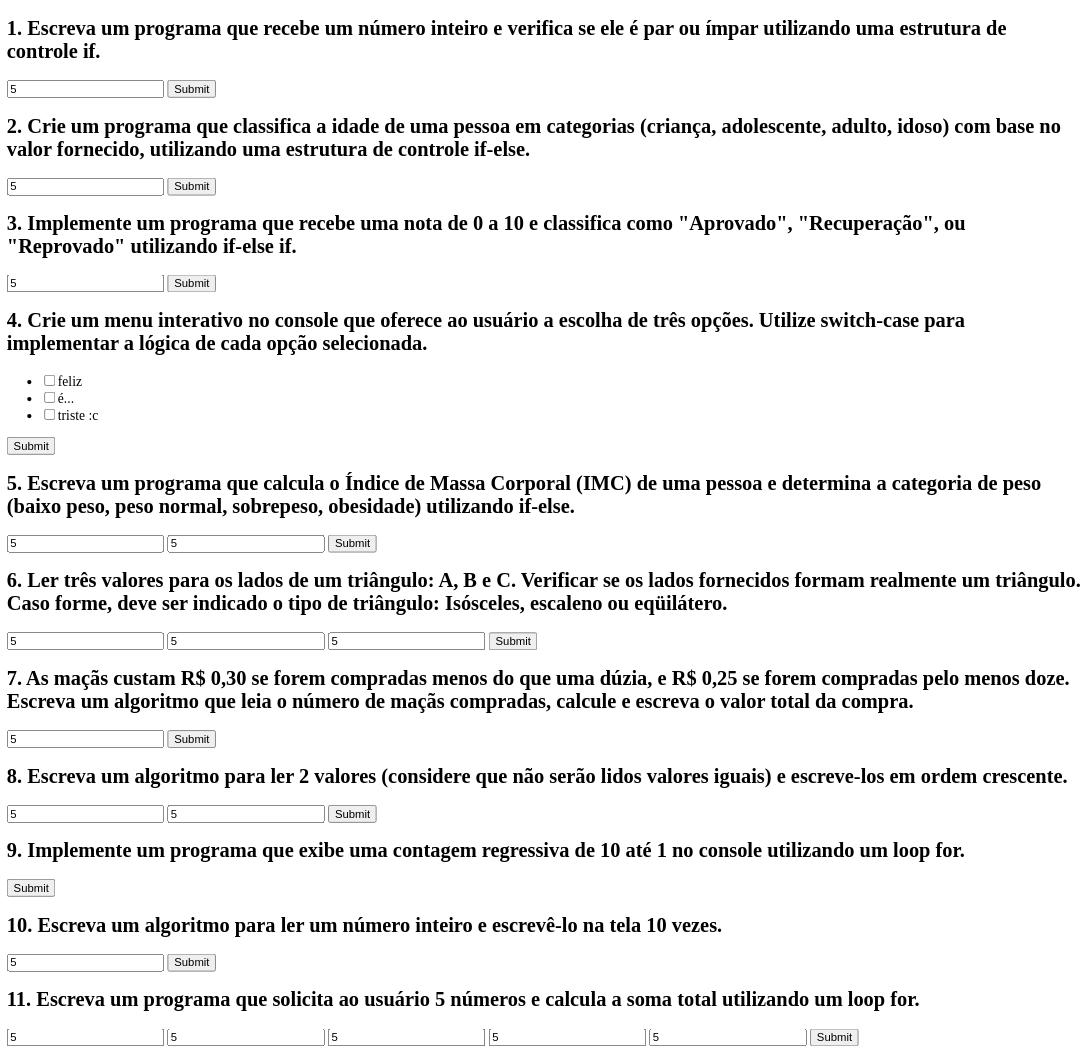
Repository: chidekina/prati-logica
Page: index.html
An editor plug-in stored every save of this project. The page is shown before and after a run of saves, followed by the edit.
The browser window is 1280 px wide. The pictures show the whole page, at 85% of full size.
Empty fields were first filled with sample values (such as "Sample", 5 or name@example.com).
After loading, the first visible `input[onclick="somarNumeros()"]` was clicked once.

Above is the page before, as saved 2025-05-03 10:43:50.

### index.html
<!DOCTYPE html>
<html lang="en">
  <head>
    <meta charset="UTF-8" />
    <meta name="viewport" content="width=device-width, initial-scale=1.0" />
    <title>+prati - Lista de Exercicios 1</title>
  </head>
  <body>
    <main>
      <div>
        <h2>1. Escreva um programa que recebe um número inteiro e verifica se ele é par ou ímpar utilizando uma estrutura de controle if.</h2>
        <div>
          <input id="task1" type="number" placeholder="Digite um numero" />
          <input type="submit" onclick="parOuImpar()" />
        </div>
        <h3 id="answer1"></h3>
      </div>
      <div>
        <h2>2. Crie um programa que classifica a idade de uma pessoa em categorias (criança, adolescente, adulto, idoso) com base no valor fornecido, utilizando uma estrutura de controle if-else.</h2>
        <div>
          <input id="task2" type="number" placeholder="Digite sua idade" />
          <input type="submit" onclick="classificacaoEtaria()" />
        </div>
        <h3 id="answer2"></h3>
      </div>
      <div>
        <h2>3. Implemente um programa que recebe uma nota de 0 a 10 e classifica como "Aprovado", "Recuperação", ou "Reprovado" utilizando if-else if.</h2>
        <div>
          <input id="task3" type="number" placeholder="Digite sua nota" />
          <input type="submit" onclick="aprovacao()" />
        </div>
        <h3 id="answer3"></h3>
      </div>
      <div>
        <h2>4. Crie um menu interativo no console que oferece ao usuário a escolha de três opções. Utilize switch-case para implementar a lógica de cada opção selecionada.</h2>
        <div>
          <ul>
            <li>
              <label><input class="checkbox-mood" onchange="checkboxCheck(this)" type="checkbox" id="option1" />feliz</label>
            </li>
            <li>
              <label><input class="checkbox-mood" onchange="checkboxCheck(this)" type="checkbox" id="option2" />é...</label>
            </li>
            <li>
              <label><input class="checkbox-mood" onchange="checkboxCheck(this)" type="checkbox" id="option3" />triste :c</label>
            </li>
          </ul>
          <input type="submit" onclick="nivelHumor()" />
        </div>
        <h3 id="answer4"></h3>
      </div>
      <div>
        <h2>5. Escreva um programa que calcula o Índice de Massa Corporal (IMC) de uma pessoa e determina a categoria de peso (baixo peso, peso normal, sobrepeso, obesidade) utilizando if-else.</h2>
        <div>
          <input id="task5-1" type="number" placeholder="Digite seu peso" />
          <input id="task5-2" type="number" placeholder="Digite sua altura" />
          <input type="submit" onclick="classificacaoIMC()" />
        </div>
        <h3 id="answer5"></h3>
      </div>
      <div>
        <h2>6. Ler três valores para os lados de um triângulo: A, B e C. Verificar se os lados fornecidos formam realmente um triângulo. Caso forme, deve ser indicado o tipo de triângulo: Isósceles, escaleno ou eqüilátero.</h2>
        <div>
          <input id="ladoA" type="number" placeholder="Digite o primeiro lado" />
          <input id="ladoB" type="number" placeholder="Digite o segundo lado" />
          <input id="ladoC" type="number" placeholder="Digite o terceiro lado" />
          <input type="submit" onclick="classificacaoTriangulo()" />
        </div>
      </div>
      <h3 id="answer6"></h3>
      <div>
        <h2>7. As maçãs custam R$ 0,30 se forem compradas menos do que uma dúzia, e R$ 0,25 se forem compradas pelo menos doze. Escreva um algoritmo que leia o número de maçãs compradas, calcule e escreva o valor total da compra.</h2>
        <div>
          <input id="task7" type="number" placeholder="Digite quantas maçãs você quer comprar." />
          <input type="submit" onclick="totalMacas()" />
        </div>
        <h3 id="answer7"></h3>
      </div>
      <div>
        <h2>8. Escreva um algoritmo para ler 2 valores (considere que não serão lidos valores iguais) e escreve-los em ordem crescente.</h2>
        <div>
          <input id="task8-1" type="number" placeholder="Digite um numero" />
          <input id="task8-2" type="number" placeholder="Digite outro numero" />
          <input type="submit" onclick="ordemCrescente()" />
        </div>
        <h3 id="answer8"></h3>
      </div>
      <div>
        <h2>9. Implemente um programa que exibe uma contagem regressiva de 10 até 1 no console utilizando um loop for.</h2>
        <input type="submit" onclick="ordemDecrescente()" />
        <h3 id="answer9"></h3>
      </div>
      <div>
        <h2>10. Escreva um algoritmo para ler um número inteiro e escrevê-lo na tela 10 vezes.</h2>
        <input id="task10" type="number" placeholder="Digite um numero" />
        <input type="submit" onclick="repetirNumero()" />
        <h3 id="answer10"></h3>
      </div>
      <div>
        <h2>11. Escreva um programa que solicita ao usuário 5 números e calcula a soma total
          utilizando um loop for.</h2>
          <input id="task10-1" type="number" placeholder="Digite um numero" />
          <input id="task10-2" type="number" placeholder="Digite o segundo numero" />
          <input id="task10-3" type="number" placeholder="Digite o terceiro numero" />
          <input id="task10-4" type="number" placeholder="Digite o quarto numero" />
          <input id="task10-5" type="number" placeholder="Digite o quinto numero" />
        <input type="submit" onclick="somarNumeros()" />
        <h3 id="answer11"></h3>
      </div>
    </main>
    <script src="app.js"></script>
  </body>
</html>

### app.js
function parOuImpar() {
  const task1 = document.getElementById("task1");
  const numero = parseInt(task1.value);
  let answer1 = document.getElementById("answer1");

  if (isNaN(numero)) {
    alert("Digite um número válido.");
  } else {
    answer1.innerHTML = `O número ${numero} é ${numero % 2 === 0 ? "par" : "ímpar"}`;
  }
  task1.value = "";
}

function classificacaoEtaria() {
  const task2 = document.getElementById("task2");
  const idade = parseInt(task2.value);
  let classificacao;
  let answer2 = document.getElementById("answer2");

  if (isNaN(idade) || idade > 100 || idade < 0) {
    alert("Digite uma idade válida.");
  } else {
    if (idade >= 60) {
      classificacao = "idoso";
    } else if (idade >= 20) {
      classificacao = "adulto";
    } else if (idade >= 12) {
      classificacao = "adolescente";
    } else {
      classificacao = "criança";
    }
    answer2.innerHTML = `A idade de ${idade} anos é classificada como ${classificacao}.`;
  }
  task2.value = "";
}

function aprovacao() {
  const task3 = document.getElementById("task3");
  const nota = task3.value;

  if (nota < 0 || nota > 10 || isNaN(nota)) {
    alert("Digite uma nota válida.");
  } else {
    answer3.innerHTML = nota >= 7 ? "Parabéns! Você foi aprovado." : "Poxa... Você ficou de recuperação.";
  }

  task3.value = "";
}

function checkboxCheck(checkbox) {
  let mood = document.getElementsByClassName("checkbox-mood");

  for (let i = 0; i < mood.length; i++) {
    mood[i].checked = false;
  }

  checkbox.checked = true;
}

function nivelHumor() {
  const check1 = document.getElementById("option1");
  const check2 = document.getElementById("option2");
  const check3 = document.getElementById("option3");
  const answer4 = document.getElementById("answer4");
  let phrase;

  if (check1.checked) {
    phrase = "Legal! Tenha um ótimo dia!";
  } else if (check2.checked) {
    phrase = "Hmm... Pode melhorar ne?!";
  } else if (check3.checked) {
    phrase = "Poxa, espero que seu dia melhore";
  }

  answer4.innerHTML = phrase;
}

function classificacaoIMC() {
  const pesoInput = document.getElementById("task5-1");
  const alturaInput = document.getElementById("task5-2");
  const answer5 = document.getElementById("answer5");
  const peso = pesoInput.value;
  const altura = alturaInput.value;
  const IMC = peso / (altura * altura);
  let classificacao;

  if (IMC < 18.5) classificacao = "Abaixo do Peso";
  else if (IMC < 25) classificacao = "Peso Normal";
  else if (IMC < 30) classificacao = "Sobrepeso";
  else classificacao = "Obeso";

  answer5.innerHTML = `O seu IMC  é de ${IMC.toFixed(2)} classificado como "${classificacao}"`;

  pesoInput.value = "";
  alturaInput.value = "";
}

function classificacaoTriangulo() {
  const ladoAInput = document.getElementById("ladoA");
  const ladoBInput = document.getElementById("ladoB");
  const ladoCInput = document.getElementById("ladoC");
  const ladoA = ladoAInput.value;
  const ladoB = ladoBInput.value;
  const ladoC = ladoCInput.value;
  let triangulo;
  const answer6 = document.getElementById("answer6");

  if (ladoA === ladoB && ladoA === ladoC) triangulo = "equilatero";
  else if (ladoA !== ladoB && ladoA !== ladoC && ladoB !== ladoC) triangulo = "escaleno";
  else triangulo = "isosceles";

  answer6 = `O triangulo é ${triangulo}`;
  ladoAInput.value = "";
  ladoBInput.value = "";
}

function totalMacas() {
  const macasInput = document.getElementById("task7");
  const macas = macasInput.value;
  const answer7 = document.getElementById("answer7");
  let precoMacas = 0.3;

  if (macas <= 0 || isNaN(macas)) {
    alert("Digite um número válido");
  } else {
    precoMacas = macas >= 12 ? 0.25 : 0.3;

    answer7.innerHTML = `O preço da maçã será de R$ ${precoMacas} dando um total de R$ ${(macas * precoMacas).toFixed(2)}`;
  }

  macasInput.value = '';
}

function ordemCrescente() {
    const numero1Input = document.getElementById('task8-1');
    const numero2Input = document.getElementById('task8-2');
    const numero1 = numero1Input.value;
    const numero2 = numero2Input.value;
    const answer8 = document.getElementById('answer8');

    if (isNaN(numero1) || isNaN(numero2)) {
        alert("Digite um número válido.");
    } else {
        answer8.innerHTML = `O número ${numero1} é ${numero1 > numero2 ? 'maior' : 'menor'} que o número ${numero2}`;
    }

    numero1Input.value = '';
    numero2Input.value = '';
}

function ordemDecrescente() {
    const answer9 = document.getElementById('answer9');

    for (let i = 10; i >= 1; i--) {
        answer9.innerHTML += `${i} `
    }
}

function repetirNumero() {
  const numeroInput = document.getElementById('task10');
  const numero = Number(numeroInput.value);
  const answer10 = document.getElementById('answer10');

  if (Number.isInteger(numero) === true && isNaN(numero) === false) {
    answer10.innerHTML = '';
    for(let i = 1; i <= 10; i++) {
      answer10.innerHTML += `${numero} `;
    }
  } else {
    alert("Digite um número inteiro.");
  }

  numeroInput.value = '';
}

function somarNumeros() {
  const numeros = [
  Number(document.getElementById("task10-1").value),
  Number(document.getElementById("task10-2").value),
  Number(document.getElementById("task10-3").value),
  Number(document.getElementById("task10-4").value),
  Number(document.getElementById("task10-5").value)
  ];

  let somaTotal;

  for (let i = 1; i <= 5; i++) {
    somaTotal += numeros[i];
  }

  const answer =document.getElementById("answer11")
}

After the next 2 saves:
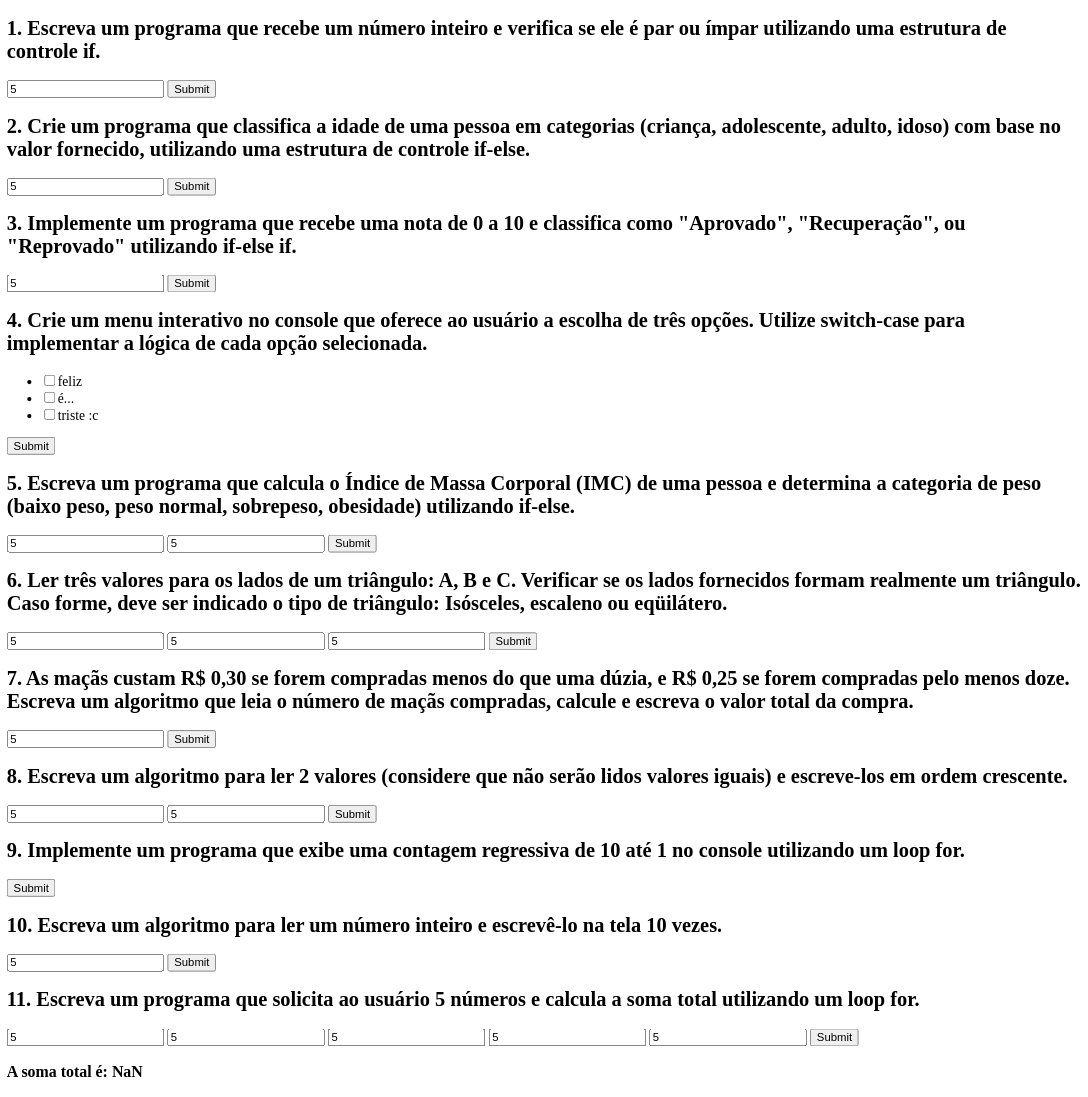
The 2 saves are shown as one change because they came seconds apart.
The last was saved 15 s later.
--- a/app.js
+++ b/app.js
@@ -188,5 +188,8 @@
     somaTotal += numeros[i];
   }
 
-  const answer =document.getElementById("answer11")
+  const answer =document.getElementById("answer11");
+  answer.innerHTML = `A soma total é: ${somaTotal}`;
+
+
 }

After the save that followed:
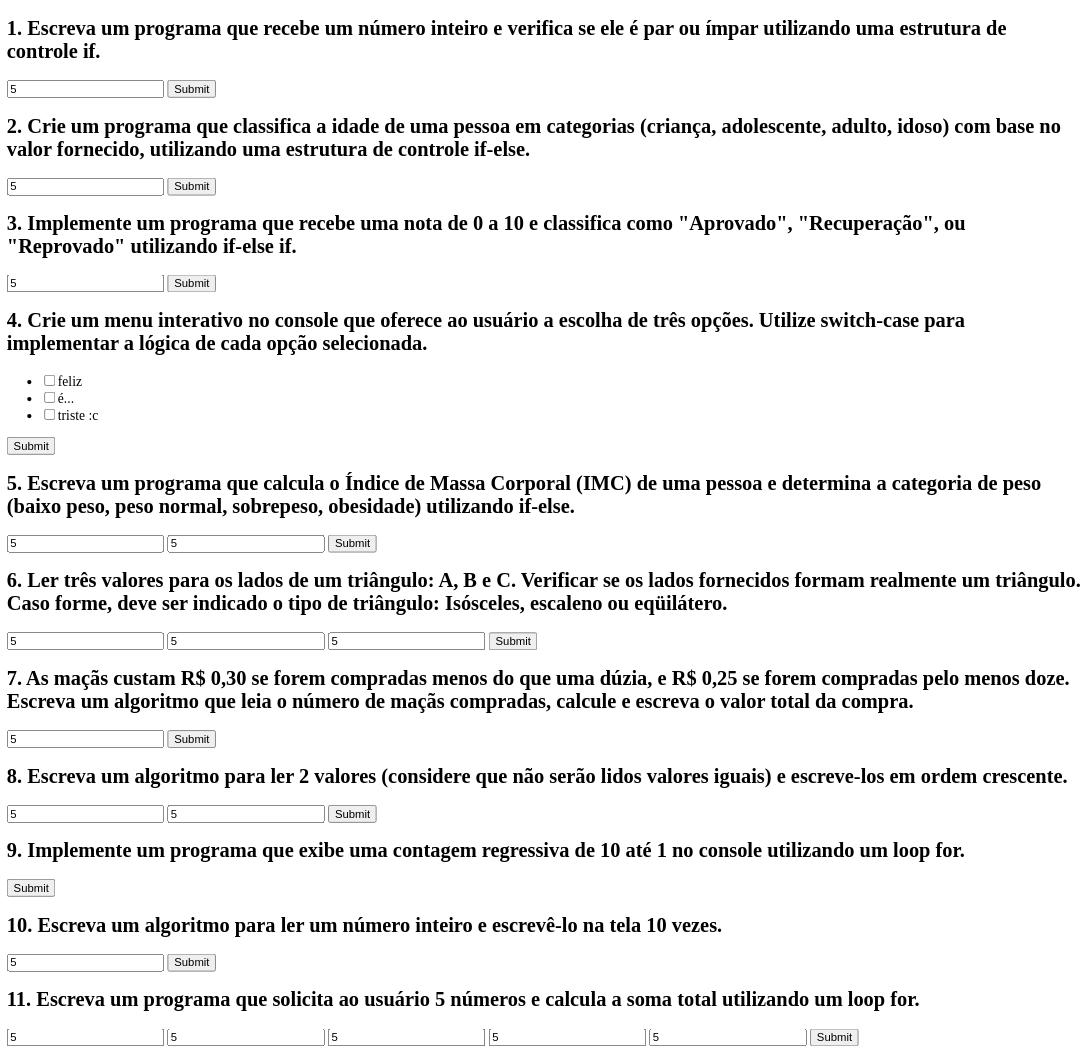
Console error: SyntaxError: Unexpected token ')'
Saved 10 s later.
--- a/app.js
+++ b/app.js
@@ -191,5 +191,5 @@
   const answer =document.getElementById("answer11");
   answer.innerHTML = `A soma total é: ${somaTotal}`;
 
-
+  numeros.forEach((numero) => )
 }
